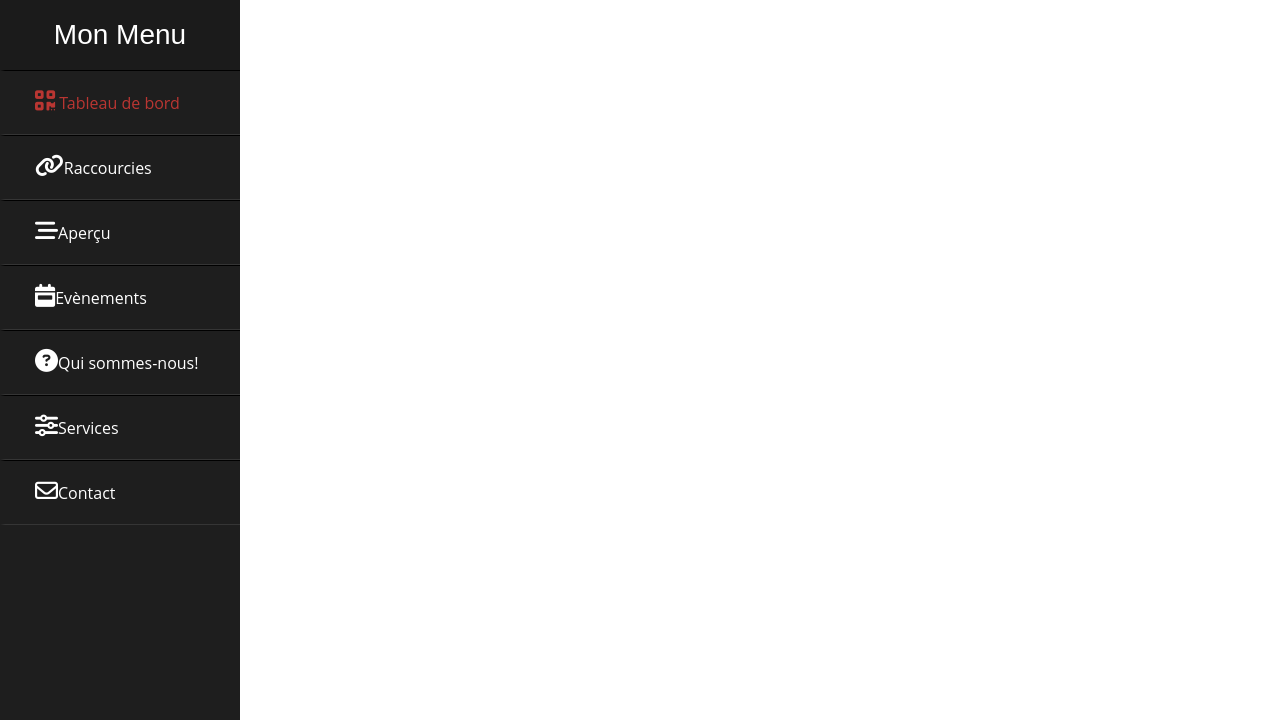
Repository: Alex-Serky/Dossier-Nav
Page: Nav-Responsive/index.html
An editor plug-in stored every save of this project. The page is shown before and after the next save, followed by the edit.
The browser window is 1280 px wide. The pictures show the whole page.
Some web fonts or font styles are not loaded; a fallback is used. Some web libraries are served in a nearby version.

Above is the page before, as saved 2020-02-21 21:10:16.

After the next save:
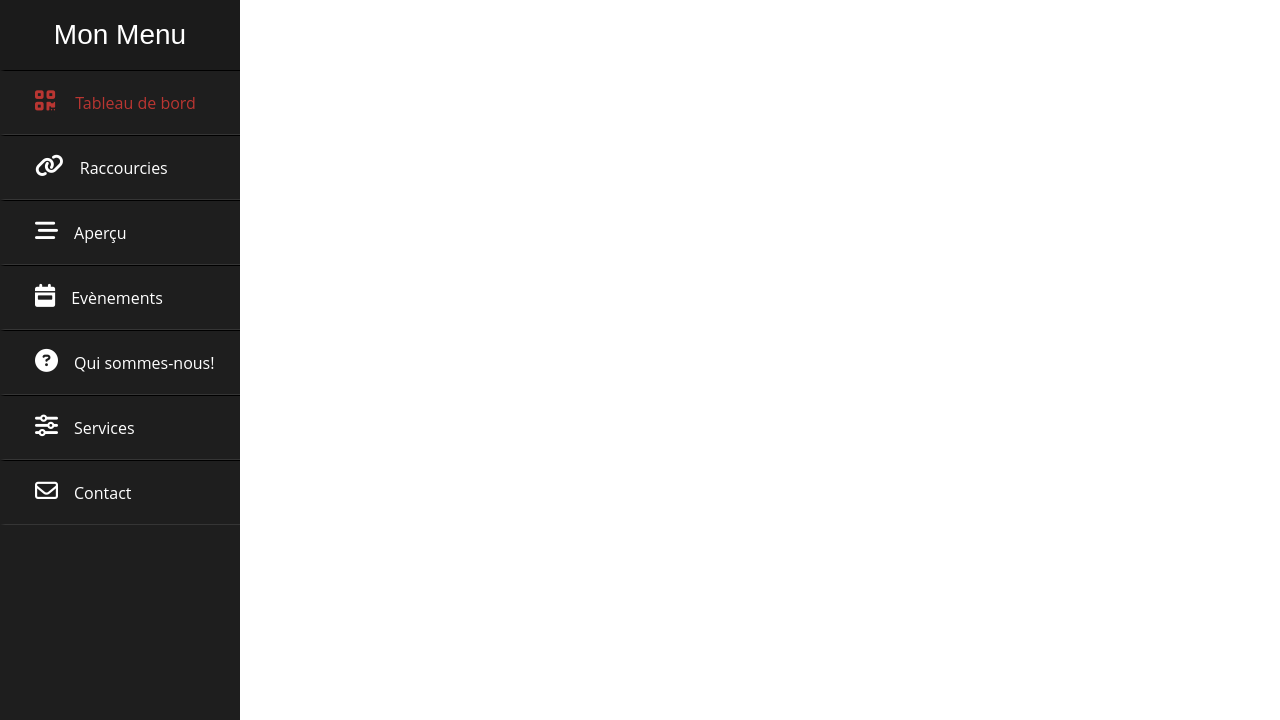
Saved 60 s later.
--- a/Nav-Responsive/style.css
+++ b/Nav-Responsive/style.css
@@ -45,4 +45,5 @@ a.active {
 
 .sidebar a i {
     font-size: 23px;
+    margin-right: 16px;
 }
